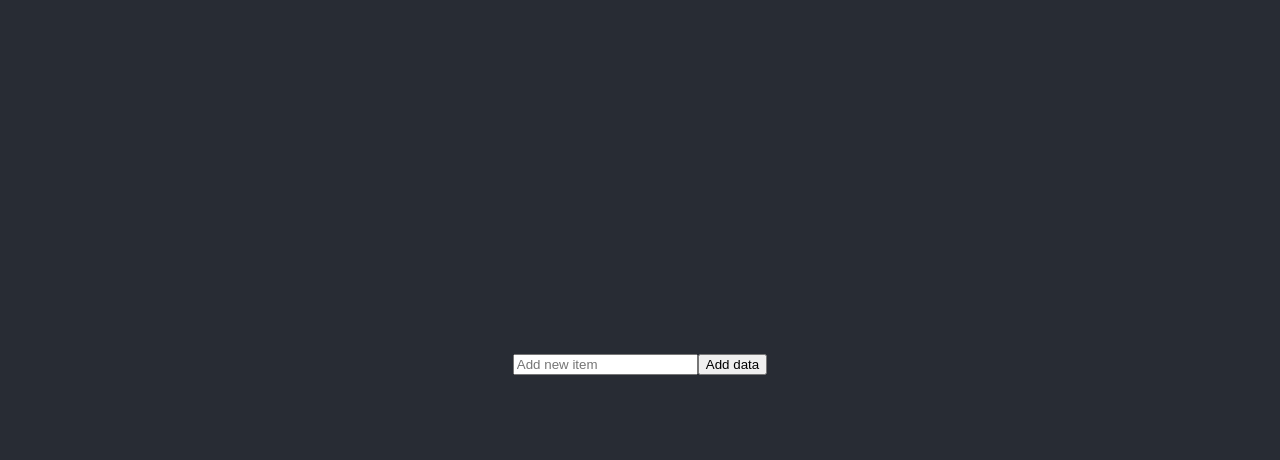
Repository: Petrit-Halabaku/todo-redux-w-hooks
Page: /
An editor plug-in stored every save of this project. The page is shown before and after the next save, followed by the edit.
The browser window is 1280 px wide. The pictures show the whole page.
The project was rebuilt for these pictures with package versions that can differ from the ones it lists, and the page was loaded fresh each time.

Above is the page before, as saved 2020-03-04 23:06:01.

After the next save:
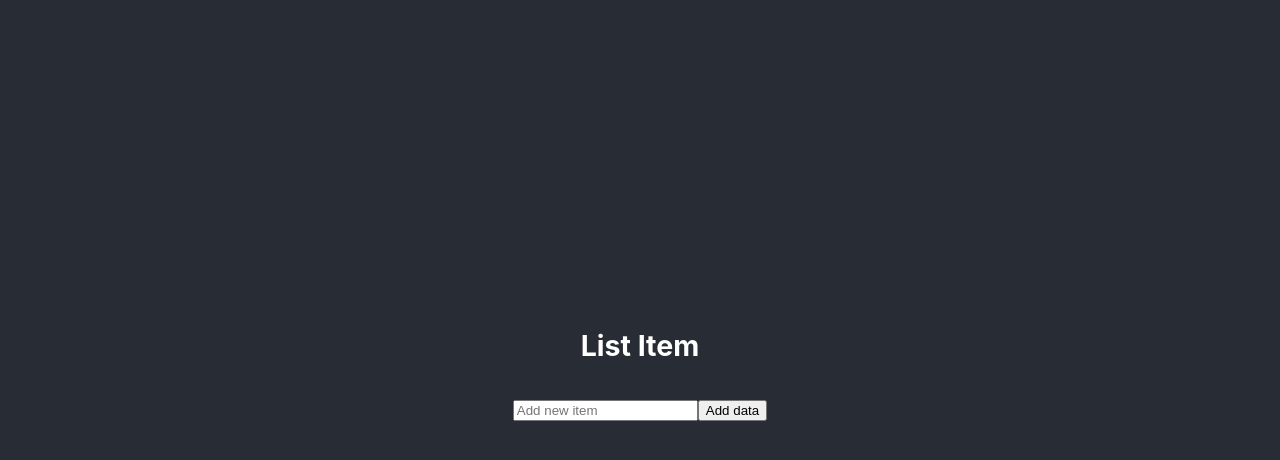
Saved 16 s later.
--- a/src/App.js
+++ b/src/App.js
@@ -1,13 +1,15 @@
 import React from "react";
 import "./App.css";
 
-import Component1 from "./components/Component1"
+import Component1 from "./components/Component1";
+import Component2 from "./components/Component2";
 
 function App() {
   return (
     <div className="App">
       <header className="App-header">
         <div className="App">
+          <Component2 />
           <Component1 />
         </div>
       </header>
